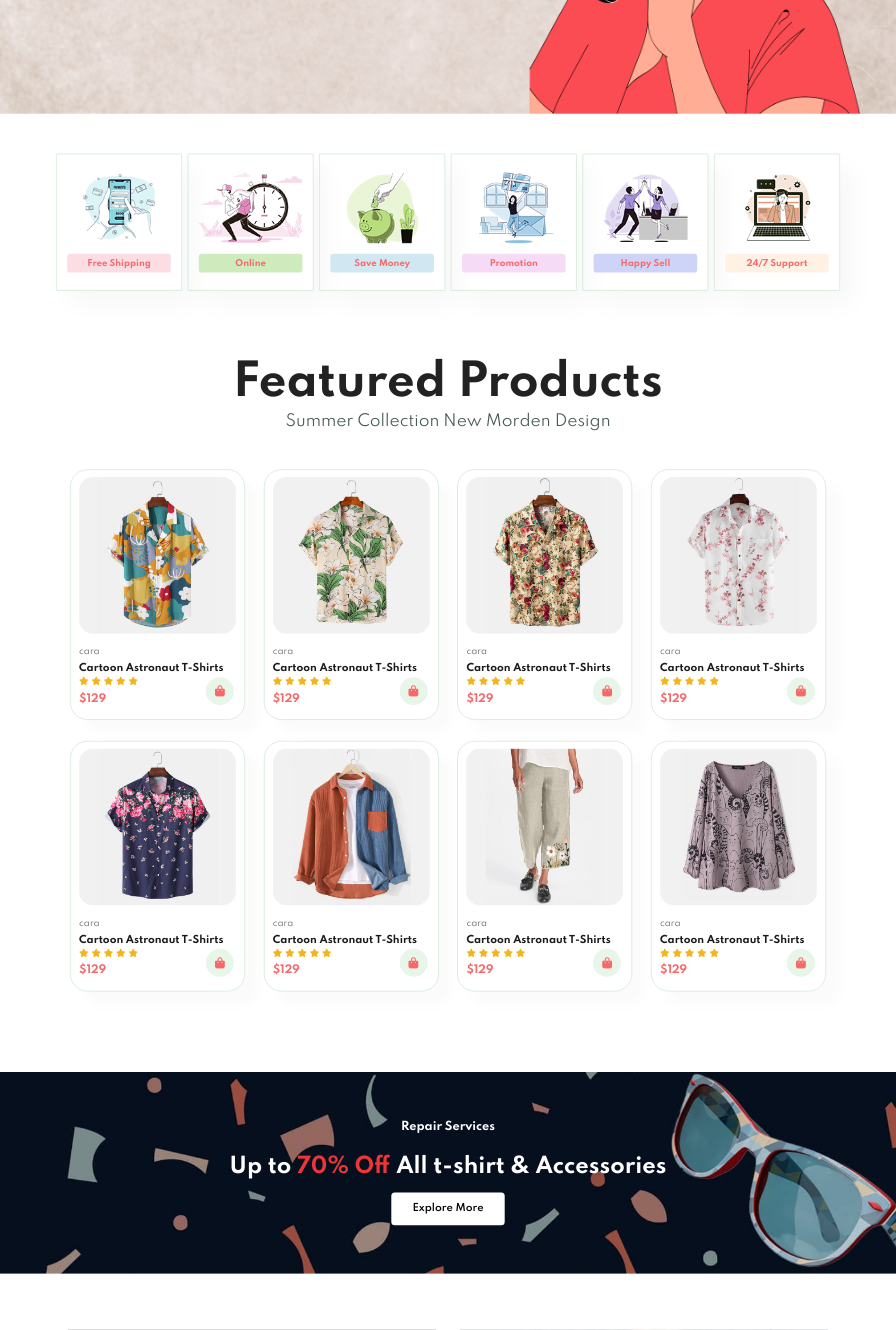
Repository: NassimeElkamari/Pandy-store-Frontend
Page: index.html
The author's editor kept a copy of each file at every save. The page is drawn from the files as they stood at one save, then again after the next save.
The browser window is 1280 px wide. The pictures show the part of the page from y = 568 to 2468 px (the page is 3817 px tall), at 70% of full size.
Pictures or frames that could not be fetched are drawn as grey boxes.

Above is the page before, as saved 2024-10-05 12:29:51.

After the next save:
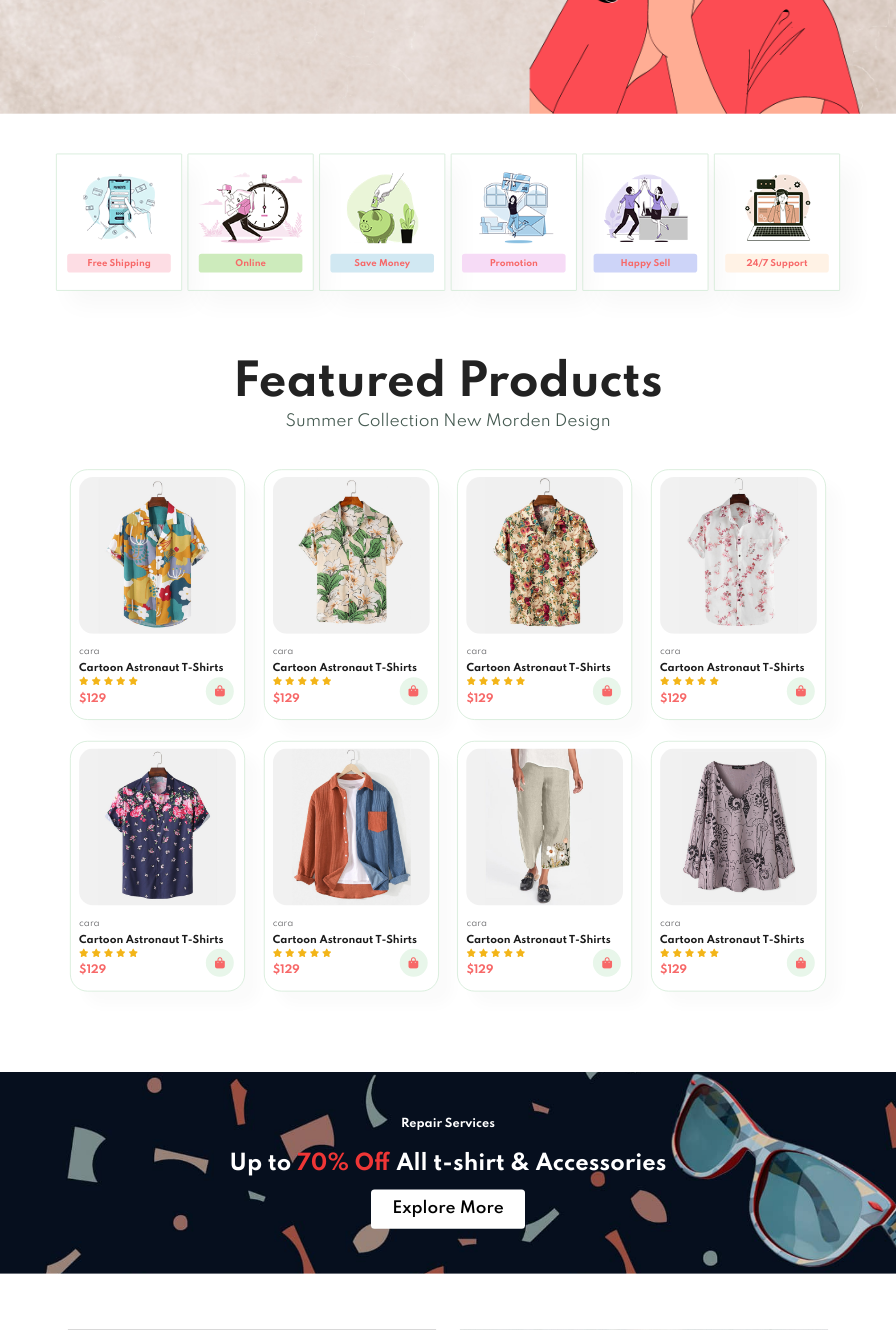
Saved 18 s later.
--- a/style.css
+++ b/style.css
@@ -61,7 +61,7 @@
 }
 
 button.normal {
-  font-size: 14px;
+  font-size: 22px;
   font-weight: 600;
   padding: 15px 30px;
   color: #000;

After the save that followed:
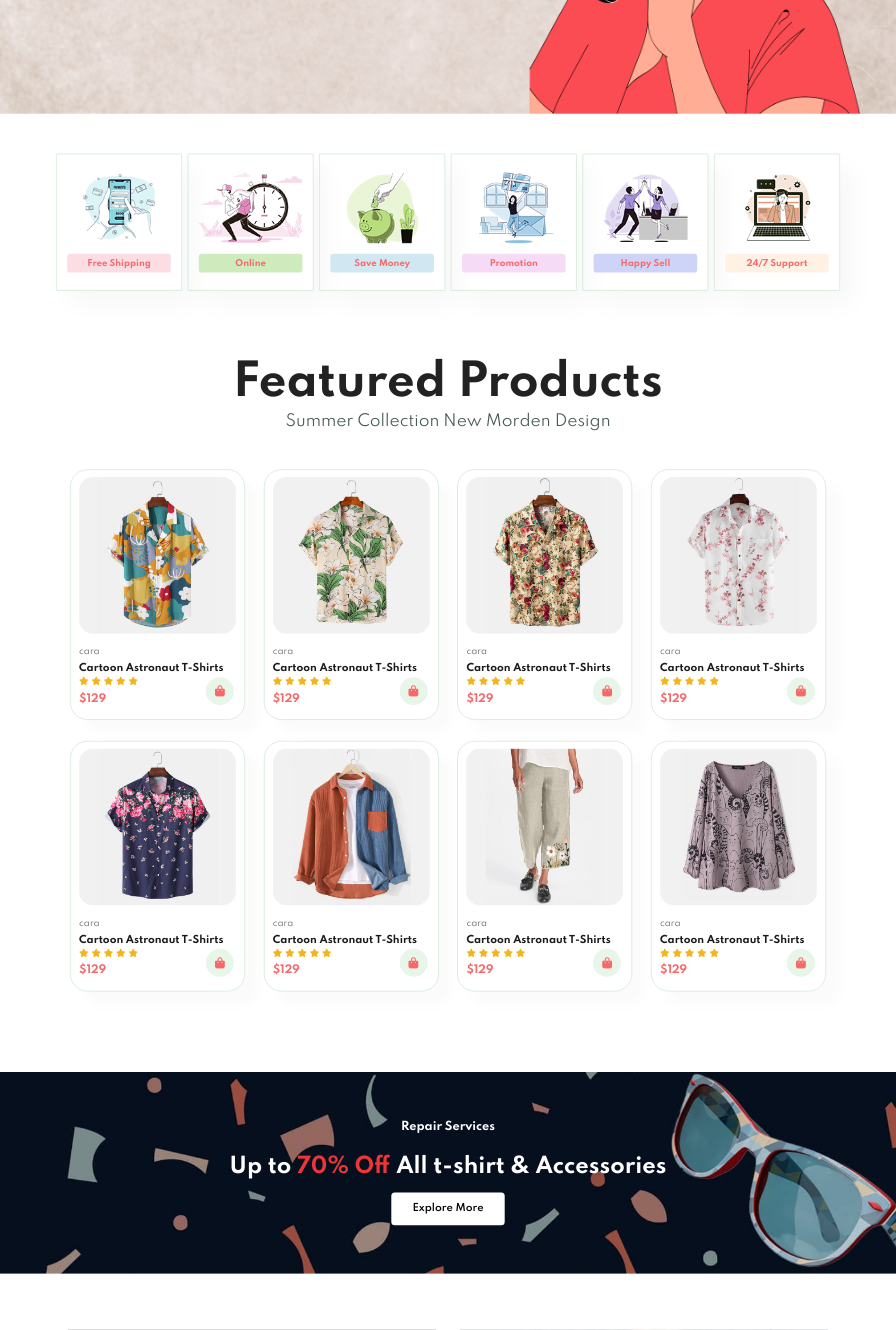
Saved 11 s later.
--- a/style.css
+++ b/style.css
@@ -61,7 +61,7 @@
 }
 
 button.normal {
-  font-size: 22px;
+  font-size: 14px;
   font-weight: 600;
   padding: 15px 30px;
   color: #000;
